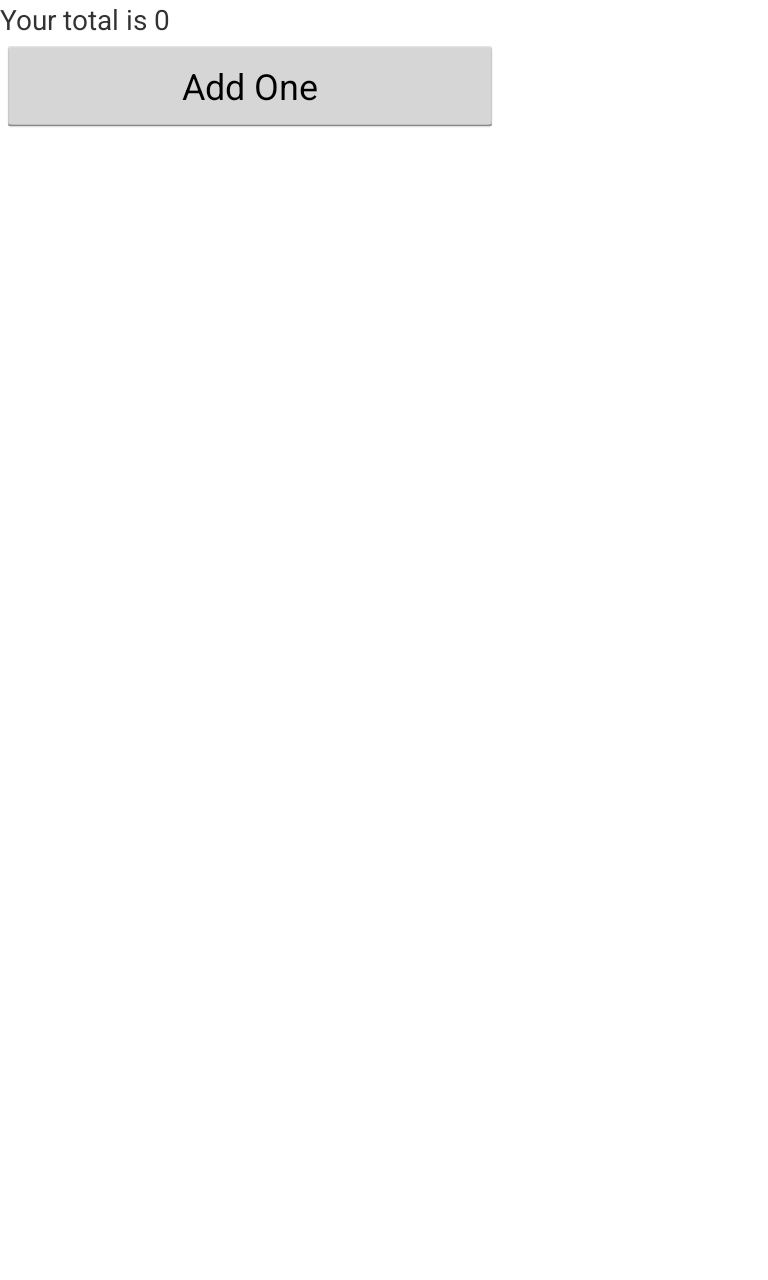
Repository: eshan22/android
Layout: projectone/res/layout/activity_start.xml
An editor plug-in stored every save of this project. The layout is shown before and after the next save, followed by the edit.
It is drawn on a 768 x 1280 px phone screen (xhdpi) without system bars, with theme AppTheme; the app's code is not run.

Above is the layout before, as saved 2013-06-18 13:10:06.

After the next save:
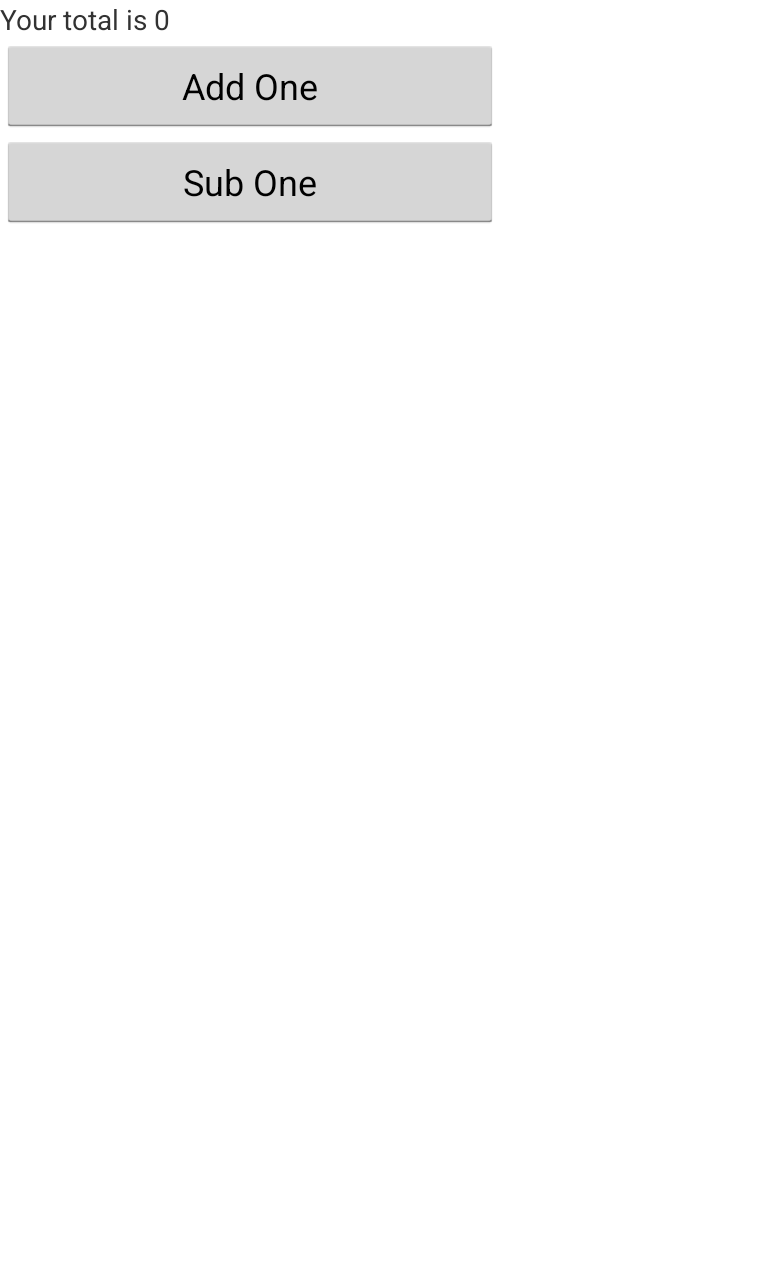
Saved 18 s later.
--- a/projectone/res/layout/activity_start.xml
+++ b/projectone/res/layout/activity_start.xml
@@ -18,7 +18,12 @@
         android:layout_height="wrap_content"
         android:id="@+id/add"
  />
-
+    <Button
+        android:text="Sub One"
+        android:layout_width="250dp"
+        android:layout_height="wrap_content"
+        android:id="@+id/sub"
+ />
 
 
 
